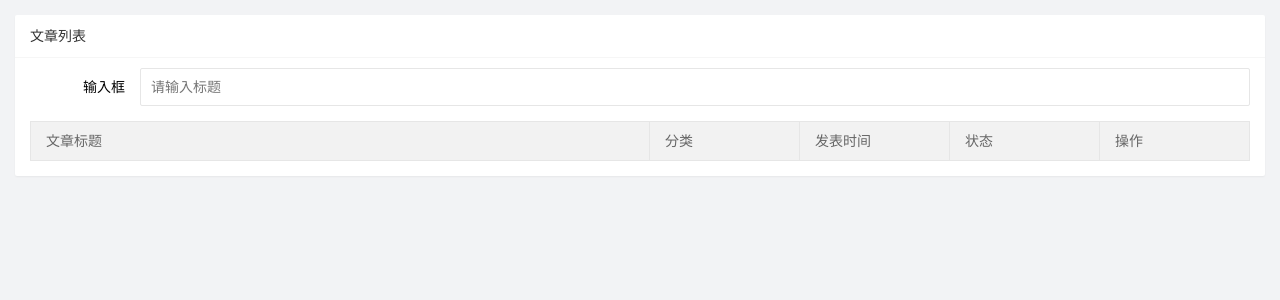
Repository: haloxxi/web_bigevent
Page: article/art-list.html
These files come from the project's save history. The page is drawn as it stood at one moment and after the next save; the edit follows.
The browser window is 1280 px wide. The pictures show the whole page.
The page's requests for data from a server got no answer.

Above is the page before, as saved 2022-06-29 15:25:38.
Console error: TypeError: Cannot read properties of undefined (reading 'status')

After the next save:
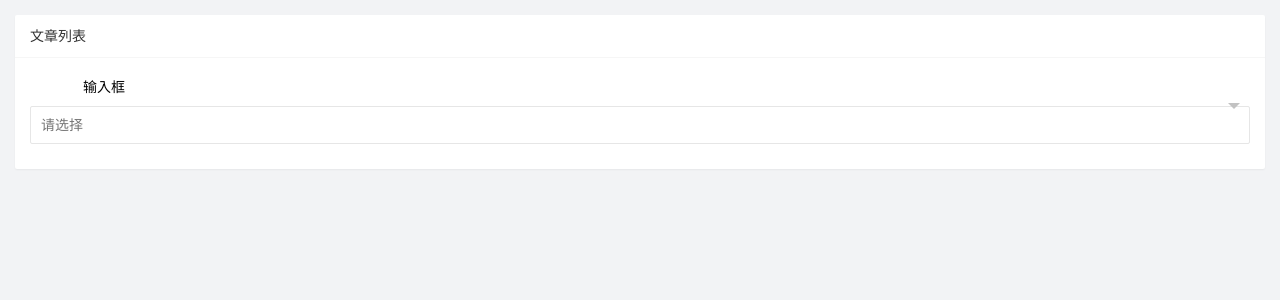
Saved 72 s later.
--- a/article/art-list.html
+++ b/article/art-list.html
@@ -19,9 +19,13 @@
             <form class="layui-form" action="">
                 <div class="layui-form-item">
                     <label class="layui-form-label">输入框</label>
-                    <div class="layui-input-block">
-                        <input type="text" name="title" required lay-verify="required" placeholder="请输入标题" autocomplete="off" class="layui-input">
-                    </div>
+                    <select name="city" lay-verify="required">
+                        <option value=""></option>
+                        <option value="0">北京</option>
+                        <option value="1">上海</option>
+                        <option value="2">广州</option>
+                        <option value="3">深圳</option>
+                        <option value="4">杭州</option>
                 </div>
             </form>
             <!-- 列表区域 -->

After the 2 saves that followed:
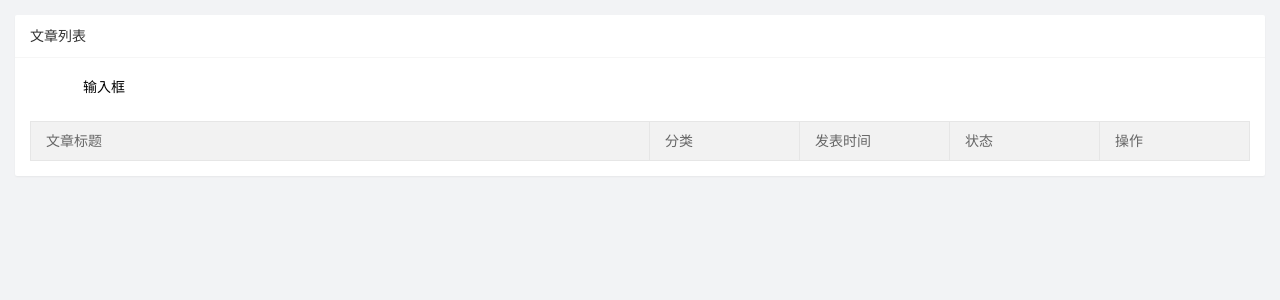
The 2 saves are shown as one change because 1 left the picture as it was.
The last was saved 2 min 42 s later.
--- a/article/art-list.html
+++ b/article/art-list.html
@@ -19,13 +19,7 @@
             <form class="layui-form" action="">
                 <div class="layui-form-item">
                     <label class="layui-form-label">输入框</label>
-                    <select name="city" lay-verify="required">
-                        <option value=""></option>
-                        <option value="0">北京</option>
-                        <option value="1">上海</option>
-                        <option value="2">广州</option>
-                        <option value="3">深圳</option>
-                        <option value="4">杭州</option>
+
                 </div>
             </form>
             <!-- 列表区域 -->
--- a/assets/js/article/art-list.js
+++ b/assets/js/article/art-list.js
@@ -4,12 +4,12 @@ $(function() {
     //定义一个查询的参数对象
     // 请求数据的时候 需要将请求参数对象 提交到服务器里
     var q = {
-        pagenum: 1, //页码值，默认 请求第一页的数据
-        pagesize: 2, //每页显示几条数据
-        cate_id: '', //文章分类的id
-        state: '', //文章发布状态
-    }
-
+            pagenum: 1, //页码值，默认 请求第一页的数据
+            pagesize: 2, //每页显示几条数据
+            cate_id: '', //文章分类的id
+            state: '', //文章发布状态
+        }
+        // 调用模板函数 美化时间
     template.defaults.imports.dataFormat = function(date) {
         const dt = new Date(date)
 
